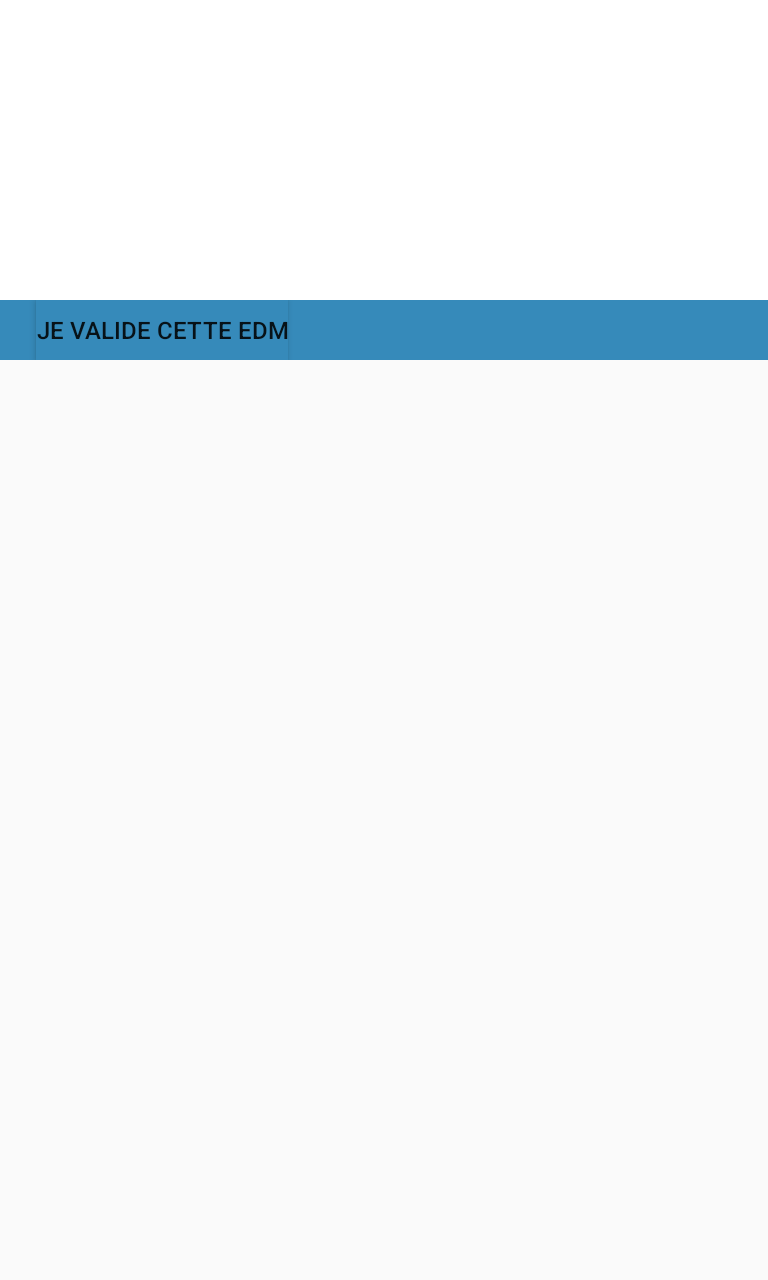
Repository: pierrealexvezinet/excusedemerde
Layout: edm/res/layout/edm_textview_layout.xml
An editor plug-in stored every save of this project. The layout is shown before and after the next save, followed by the edit.
It is drawn on a 768 x 1280 px phone screen (xhdpi) without system bars, with theme Theme.AppCompat.Light; the app's code is not run.

Above is the layout before, as saved 2014-02-16 22:27:41.

### edm/res/layout/edm_textview_layout.xml
<?xml version="1.0" encoding="utf-8"?>
<LinearLayout xmlns:android="http://schemas.android.com/apk/res/android"
    android:id="@+id/edm_accueil_llt"
    android:layout_width="match_parent"
    android:layout_height="match_parent"
    android:orientation="vertical" >

    <RelativeLayout
        android:layout_width="match_parent"
        android:layout_height="150dp"
        android:background="@color/edm_blue_dark_background"
        android:orientation="vertical" >

        <TextView
            android:id="@+id/tv_edm_post"
            android:layout_width="match_parent"
            android:layout_height="match_parent"
            android:background="#FFFFFF"
            android:gravity="center_vertical"
            android:minHeight="?android:attr/listPreferredItemHeight"
            android:paddingLeft="6dip"
            android:textAppearance="?android:attr/textAppearanceLarge"
            android:textColor="#000000"
            android:textSize="12sp" />
    </RelativeLayout>

    <RelativeLayout
        android:layout_width="match_parent"
        android:layout_height="30dp"
        android:background="@color/btn_forum_color"
        android:orientation="vertical" >

        <RelativeLayout
            android:layout_width="match_parent"
            android:layout_height="match_parent"
            android:background="@color/edm_blue_dark_background"
            android:gravity="left" >

            <TextView
                android:id="@+id/tv_edm_post_date"
                android:layout_width="wrap_content"
                android:layout_height="fill_parent"
                android:gravity="center"
                android:minHeight="?android:attr/listPreferredItemHeight"
                android:paddingLeft="6dip"
                android:textAppearance="?android:attr/textAppearanceLarge"
                android:textColor="@color/white"
                android:textSize="12sp" />

            <TextView
                android:id="@+id/tv_edm_post_hour"
                android:layout_width="wrap_content"
                android:layout_height="fill_parent"
                android:layout_toRightOf="@id/tv_edm_post_date"
                android:gravity="center_vertical"
                android:minHeight="?android:attr/listPreferredItemHeight"
                android:paddingLeft="6dip"
                android:textAppearance="?android:attr/textAppearanceLarge"
                android:textColor="@color/white"
                android:textSize="12sp" />

            <TextView
                android:id="@+id/tv_edm_post_auteur"
                android:layout_width="wrap_content"
                android:layout_height="fill_parent"
                android:layout_toRightOf="@+id/tv_edm_post_hour"
                android:gravity="center_vertical"
                android:minHeight="?android:attr/listPreferredItemHeight"
                android:paddingLeft="6dip"
                android:textAppearance="?android:attr/textAppearanceLarge"
                android:textColor="@color/white"
                android:textSize="12sp" />

            <Button
                android:id="@+id/bt_valider_edm"
                android:layout_width="wrap_content"
                android:layout_height="wrap_content"
                android:layout_alignParentTop="true"
                android:layout_toRightOf="@+id/tv_edm_post_auteur"
                android:background="@color/edm_blue_dark_background"
                android:text="@string/text_btn_valider_edm"
                android:textSize="12sp" />
        </RelativeLayout>
    </RelativeLayout>

</LinearLayout>

### edm/res/values/colors.xml
<?xml version="1.0" encoding="utf-8"?>
<resources>

    <color name="edm_blue_background" >#AAD2E9</color>
    <color name="edm_blue_dark_background">#368ABA</color>
    <color name="btn_accueil_color">#D98E20</color>
    <color name="btn_forum_color">#97AC72</color>
    <color name="btn_shopping_color">#EA877B</color>
    <color name="btn_account_color">#D0AEC6</color>
    <color name="btn_pipotek_color">#C6CAFB</color>
    <color name="btn_parametres_color">#B877D6</color>


    <color name="bg_start">#000000</color>
    <color name="bg_end">#293436</color>
    <color name="bg_mentions_start">#529d07</color>
    <color name="bg_mentions_end">#d3ff00</color>
    <color name="bg">#FFF</color>
    <color name="bg_dialog">#adadad</color>
    <color name="catalog_titlebar_background">#60ab21</color>
    <color name="reduction_titlebar_background">#60ab21</color>
    <color name="menu_background">#FFF</color>
    <color name="menu_background_selected">#888</color>
    <color name="bg_selectedcell">#3C3A3A</color>
    <color name="bt_text">#352a26</color>
    <color name="text_info">#999999</color>
    <color name="text_green">#ADCB10</color>
    <color name="text_black">#000000</color>
    <color name="text_lightgrey">#989898</color>
    <color name="text_grey">#888888</color>
    <color name="blanc">#FFFFFF</color>
    <color name="white">#FFFFFF</color>
    <color name="debug">#33FF0000</color>
    <color name="debug2">#3300FF00</color>
    <color name="translucent_black">#AA000000</color>
    <color name="transparent">#00000000</color>
    <color name="pink">#D3007E</color>
    <color name="red">#F00</color>
    <color name="background">#88000000</color>
    <color name="pense_bete_text">#000000</color>
    <color name="my_list_parent_text">#181947</color>
    <color name="edm_green">#83af0b</color>
    <color name="edm_green_tap">#9eca32</color>
    <color name="edm_green_translucent">#CC83af0b</color>
    <color name="edm_green_translucent_tap">#CC9eca32</color>
    <color name="edm_pink">#cb0081</color>
    <color name="edm_pink_tap">#FF82C6</color>
    <color name="edm_pink_translucent">#CCcb0081</color>
    <color name="edm_pink_translucent_tap">#CCFF82C6</color>
    <color name="edm_white_translucent">#CCFFFFFF</color>
    <color name="edm_black_translucent">#CC000000</color>
    <color name="edm_grey_solid">#6f6d6d</color>
    <color name="edm_orange">#ff6c00</color>
    <color name="edm_light_orange">#ff912C</color>
    <color name="edm_white_cream">#efeae8</color>
    <color name="edm_cream_button">#f2eeec</color>
    <color name="edm_light_grey">#ccc2be</color>
    <color name="edm_black">#181947</color>
    <color name="edm_dark_grey">#a5918a</color>
    <color name="edm_dark_grey_translucent">#CCa5918a</color>
    <color name="edm_button_gray_text">#a5918a</color>
    <color name="edm_button_gray_background">#CCefeae8</color>
    <color name="edm_button_gray_deactivated_text">#efeae8</color>
    <color name="edm_button_gray_deactivated_background">#CCffffff</color>

</resources>

### edm/res/values/strings.xml
<?xml version="1.0" encoding="utf-8"?>
<resources>

    <!-- EDM GENERAL -->
    <string name="app_name">Excuse de merde</string>
    <string name="action_settings">Settings</string>
    <string name="drawer_open">Drawer ouvert</string>
    <string name="drawer_closed">Drawer fermé</string>
    <string name="ac_refresh">Refresh</string>

    <!-- EDM ALERT DIALOG PARAMETRES MES EDMS -->
    <string name="title_alert_dialog_retour_accueil">Information</string>
    <string name="button_valid_retour_accueil">Retourner à l\'accueil</string>
    <string name="message_aucunes_edms_utilisateur">Vous n\'avez pas d\'EDMs.</string>
    <string name="message_pas_connecte_voir_edms">Vous devez être connécté pour voir vos EDMs.</string>

    <!-- EDM ALERT DIALOG EDM FRAGMENT ACTIVITY CONNECTE POUR POSTER EDM -->
    <string name="title_alert_dialog_retour_to_post_edm">Attention</string>
    <string name="button_connect_me">Me connecter !</string>
    <string name="message_pas_connecte">Vous devez être connecté pour pouvoir poster des EDMs.</string>

    <!-- EDM MES EDMS -->
    <string name="app_name_mes_edms">Mes EDMs</string>

    <!-- EDM CLASSEMENT TOP TEN DES MYTHOS -->
    <string name="app_name_top_ten_des_mythos">Top 10 des mythos</string>

    <!-- EDM PROGRESS BAR -->
    <string name="chargement_en_cours">Chargement en cours</string>
    <string name="merci_de_patienter">Merci de patienter</string>

    <!-- EDM AUTHENTICATION -->
    <string name="app_name_authentication">Authentification</string>

    <!-- EDM ACCUEIL -->
    <string name="app_name_accueil">Accueil</string>

    <!-- EDM POSTER EDM -->
    <string name="app_name_poster_edm">Poster une EDM</string>
    <string name="poster_edm_bt">Poster une EDM</string>
    <string name="text_edm_to_post">Votre EDM se tape ici ...</string>
    <string name="text_edm_posted_with_succes">Votre EDM a été postée avec succès</string>
    <string name="text_btn_valider_edm">Je valide cette EDM</string>

    <!-- EDM ACCOUNT -->
    <string name="lieu_residence_user">Lieu de résidence :</string>
    <string name="civilite_user">Civilité :</string>
    <string name="date_naissance_user">Date de naissance :</string>
    <string name="visite_du_profil_user">Visite(s) du profil :</string>
    <string name="nb_commentaire_user">Commentaires :</string>
    <string name="nb_edms_user">Nombre de EDMs :</string>
    <string name="ma_photo">Ma photo :</string>
    <string name="non_renseigne">Aucun(e)</string>
    <string name="editer_profil">Editer mon profil</string>
    <string name="user_photo">user photo</string>

    <!-- EDM ROI DES MYTHOS -->
    <string name="app_name_roi_des_mythos">Roi des mythos</string>
    <string name="afficher_profil_roi_des_mythos">Afficher le profil</string>
    <string name="user_ne_souhaite_pas_partager_son_profil">Cet utilisateur n\'a pas souhaité partager les informations le concernant.</string>
    <string name="profil_user_hidden">Profil utlisateur caché</string>

    <!-- EDM EDIT ACCOUNT -->
    <string name="app_name_edition_profil">Edition profil</string>
    <string name="edit_civilite_user">Civilite</string>
    <string name="edit_date_de_naissance_user">Date de naissance</string>
    <string name="edit_ville_user">Résidence</string>
    <string name="edit_statut_user">Statut</string>
    <string name="edit_pays_user">Pays</string>
    <string name="edit_fuseau_user">user photo</string>
    <string name="edit_a_propos_user">A propos</string>
    <string name="edit_changer_photo_user">Avatar</string>
    <string name="edit_cacher_profil_user">Cacher Profil</string>
    <string name="valider_edition_edm">Valider</string>
    <string name="profil_mis_a_jour">Votre profil a correctement été mis à jour</string>

    <!-- EDM MENU DRAWER -->
    <string name="app_name_account">Mon Compte</string>
    <string name="drawer_menu_item_accueil">Accueil</string>
    <string name="drawer_menu_item_Forum">Forum</string>
    <string name="drawer_menu_item_Boutique">Boutique</string>
    <string name="drawer_menu_item_mon_compte">Mon compte</string>
    <string name="drawer_menu_item_pipotek">Pipotek</string>
    <string name="drawer_menu_item_parametres">Paramètres</string>

    <!-- EDM GENERAL -->


    <!-- EDM LOGIN -->
    <string name="pseudo_edm">Pseudo</string>
    <string name="password_edm">Mot de passe</string>
    <string name="remind_me_edm">Se souvenir de moi</string>
    <string name="connexion_edm">Connexion</string>

    <!-- EDM PARAMETRES -->
    <string name="app_name_parameters">Plus</string>
    <string name="mon_compte">MON COMPTE</string>
    <string name="forum">FORUM</string>
    <string name="boutique">BOUTIQUE</string>
    <string name="luminosite">LUMINOSITE</string>
    <string name="deconnexion">DECONNEXION</string>

    <!-- QUITTER EDM -->

    <string name="warning">Attention</string>
    <string name="quitt_edm_application">Souhaitez-vous vraiment quitter EDM ?</string>

</resources>

After the next save:
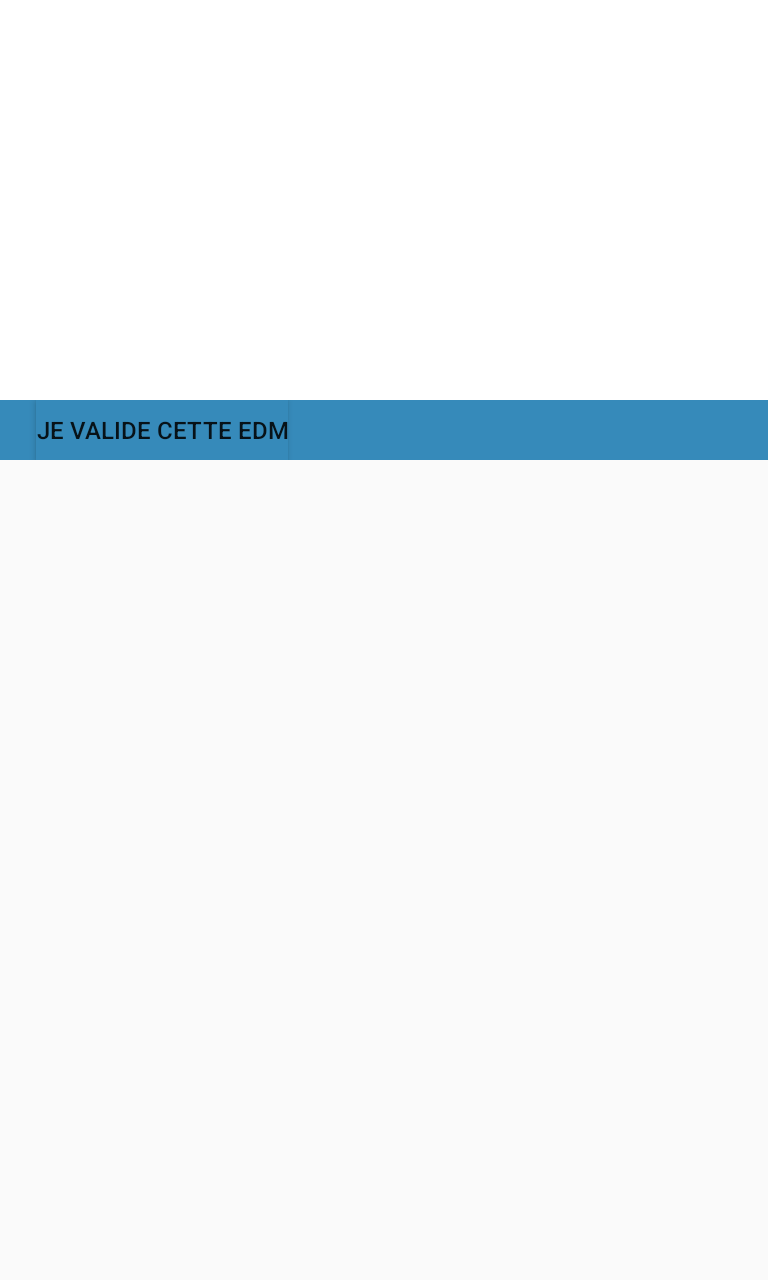
Saved 2 min 27 s later.
--- a/edm/res/layout/edm_textview_layout.xml
+++ b/edm/res/layout/edm_textview_layout.xml
@@ -7,7 +7,7 @@
 
     <RelativeLayout
         android:layout_width="match_parent"
-        android:layout_height="150dp"
+        android:layout_height="200dp"
         android:background="@color/edm_blue_dark_background"
         android:orientation="vertical" >
 
